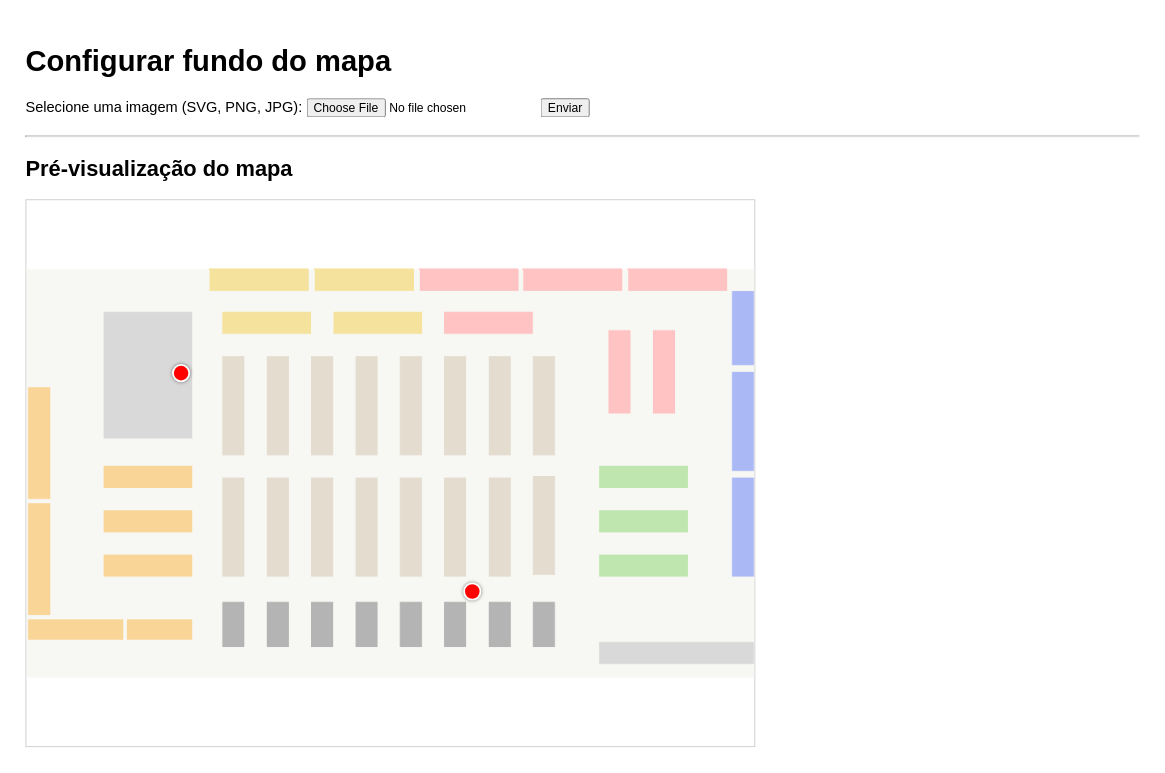
Repository: joaopanceri/mqtt-mapa-flask
Page: http://localhost/
These files come from the project's save history. The page is drawn as it stood at one moment and after the next save; the edit follows.
The browser window is 1280 px wide. The pictures show the whole page, at 91% of full size.
The page is served by the project's application, run on Flask 3 (app.py).

Above is the page before, as saved 2025-11-20 15:08:46.

### templates/index.html
<!doctype html>
<html lang="pt-BR">
<head>
  <meta charset="utf-8">
  <title>Mapa MQTT / Antenas</title>
  <link rel="stylesheet" href="{{ url_for('static', filename='css/style.css') }}">
</head>
<body>
  <h1>Configurar fundo do mapa</h1>

  <form action="{{ url_for('index') }}" method="post" enctype="multipart/form-data">
    <label for="background">Selecione uma imagem (SVG, PNG, JPG):</label>
    <input type="file" id="background" name="background"
           accept=".svg,.png,.jpg,.jpeg" required>
    <button type="submit">Enviar</button>
  </form>

  <hr>

  <h2>Pré-visualização do mapa</h2>

  <div class="map-container">
    {% if background_url %}
      <div class="map-background"
           style="background-image: url('{{ background_url }}');">
      </div>
    {% else %}
      <div class="map-background placeholder">
        Nenhuma imagem enviada ainda
      </div>
    {% endif %}

    <!-- Camada das antenas (ainda estática / exemplo) -->
    <div class="antennas-layer">
      <!-- Exemplo de antena fixa só para mostrar a sobreposição -->
      <div class="antenna" style="left: 20%; top: 30%;"></div>
      <div class="antenna" style="left: 60%; top: 70%;"></div>
    </div>
  </div>

</body>
</html>

### app.py
import os
from flask import Flask, render_template, request, redirect, url_for
from werkzeug.utils import secure_filename

BASE_DIR = os.path.abspath(os.path.dirname(__file__))
UPLOAD_FOLDER = os.path.join(BASE_DIR, "static", "uploads")

ALLOWED_EXTENSIONS = {"png", "jpg", "jpeg", "svg"}

app = Flask(__name__)
app.config["UPLOAD_FOLDER"] = UPLOAD_FOLDER
app.config["MAX_CONTENT_LENGTH"] = 10 * 1024 * 1024  # 10 MB, se quiser limitar

os.makedirs(UPLOAD_FOLDER, exist_ok=True)


def allowed_file(filename: str) -> bool:
    return "." in filename and filename.rsplit(".", 1)[1].lower() in ALLOWED_EXTENSIONS


def get_current_background():
    """
    Procura a última imagem enviada na pasta uploads.
    Para algo mais robusto depois podemos salvar em BD.
    """
    files = [
        f for f in os.listdir(UPLOAD_FOLDER)
        if os.path.isfile(os.path.join(UPLOAD_FOLDER, f))
    ]
    if not files:
        return None

    files = sorted(
        files,
        key=lambda f: os.path.getmtime(os.path.join(UPLOAD_FOLDER, f)),
        reverse=True,
    )
    return files[0]


@app.route("/", methods=["GET", "POST"])
def index():
    if request.method == "POST":
        if "background" not in request.files:
            return redirect(url_for("index"))

        file = request.files["background"]

        if file.filename == "":
            return redirect(url_for("index"))

        if file and allowed_file(file.filename):
            filename = secure_filename(file.filename)
            # Se quiser padronizar o nome:
            # ext = filename.rsplit(".", 1)[1].lower()
            # filename = f"background.{ext}"
            save_path = os.path.join(app.config["UPLOAD_FOLDER"], filename)
            file.save(save_path)
            return redirect(url_for("index"))

    current_bg = get_current_background()
    background_url = None
    if current_bg:
        background_url = url_for("static", filename=f"uploads/{current_bg}")

    # No futuro também vamos mandar para o template a lista de antenas, etc.
    return render_template("index.html", background_url=background_url)


if __name__ == "__main__":
    app.run(debug=True)

### static/css/style.css
body {
  font-family: sans-serif;
  padding: 20px;
}

form {
  margin-bottom: 20px;
}

.map-container {
  position: relative;
  width: 800px;   /* você pode ajustar ou tornar responsivo depois */
  height: 600px;
  border: 1px solid #ccc;
  overflow: hidden;
}

/* Fundo onde o usuário coloca o mapa/planta */
.map-background {
  position: absolute;
  inset: 0; /* top:0; right:0; bottom:0; left:0; */
  background-size: contain;  /* mantém proporção */
  background-position: center;
  background-repeat: no-repeat;
}

.map-background.placeholder {
  display: flex;
  align-items: center;
  justify-content: center;
  color: #666;
  background-color: #f0f0f0;
}

/* Camada das antenas por cima do mapa */
.antennas-layer {
  position: absolute;
  inset: 0;
  pointer-events: none; /* as antenas não bloqueiam o fundo, se quiser */
}

/* “icone” de antena simples, só para ter algo visual */
.antenna {
  position: absolute;
  width: 16px;
  height: 16px;
  border-radius: 50%;
  background: red;
  border: 2px solid white;
  box-shadow: 0 0 4px rgba(0,0,0,0.5);
}

After the next save:
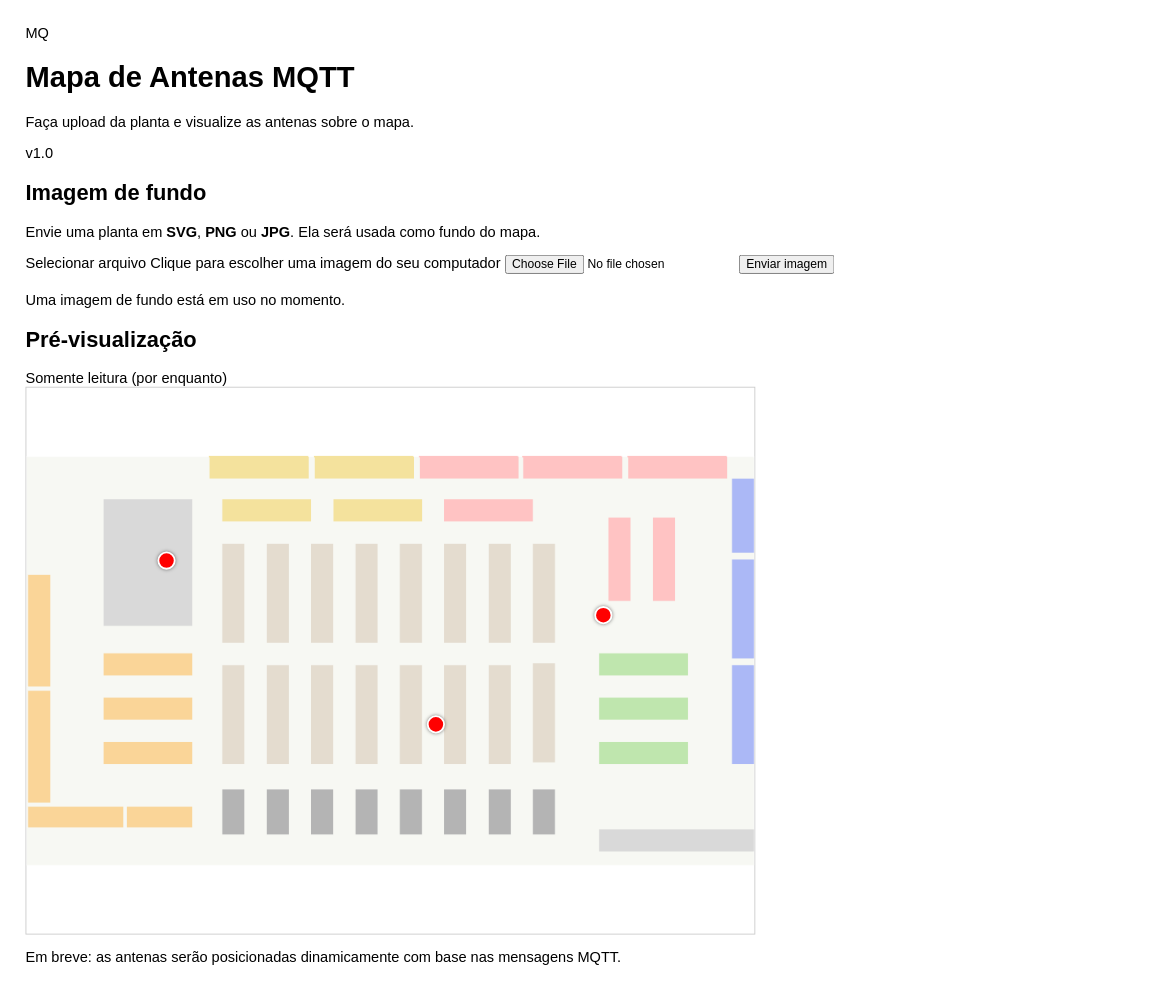
Saved 5 min 5 s later.
--- a/templates/index.html
+++ b/templates/index.html
@@ -2,41 +2,107 @@
 <html lang="pt-BR">
 <head>
   <meta charset="utf-8">
-  <title>Mapa MQTT / Antenas</title>
+  <title>Mapa de Antenas MQTT</title>
+  <meta name="viewport" content="width=device-width, initial-scale=1">
+
+  <!-- Fonte moderna -->
+  <link rel="preconnect" href="https://fonts.googleapis.com">
+  <link rel="preconnect" href="https://fonts.gstatic.com" crossorigin>
+  <link href="https://fonts.googleapis.com/css2?family=Inter:wght@400;500;600&display=swap" rel="stylesheet">
+
   <link rel="stylesheet" href="{{ url_for('static', filename='css/style.css') }}">
 </head>
 <body>
-  <h1>Configurar fundo do mapa</h1>
+  <div class="app-shell">
+    <!-- Barra superior -->
+    <header class="app-header">
+      <div class="app-title-group">
+        <div class="app-logo">MQ</div>
+        <div>
+          <h1 class="app-title">Mapa de Antenas MQTT</h1>
+          <p class="app-subtitle">Faça upload da planta e visualize as antenas sobre o mapa.</p>
+        </div>
+      </div>
+      <div class="app-header-actions">
+        <span class="badge badge-soft">v1.0</span>
+      </div>
+    </header>
 
-  <form action="{{ url_for('index') }}" method="post" enctype="multipart/form-data">
-    <label for="background">Selecione uma imagem (SVG, PNG, JPG):</label>
-    <input type="file" id="background" name="background"
-           accept=".svg,.png,.jpg,.jpeg" required>
-    <button type="submit">Enviar</button>
-  </form>
+    <main class="app-main">
+      <!-- Coluna esquerda: upload/config -->
+      <section class="card card-config">
+        <h2 class="card-title">Imagem de fundo</h2>
+        <p class="card-description">
+          Envie uma planta em <strong>SVG</strong>, <strong>PNG</strong> ou <strong>JPG</strong>. Ela será usada como fundo do mapa.
+        </p>
 
-  <hr>
+        <form action="{{ url_for('index') }}" method="post" enctype="multipart/form-data" class="upload-form">
+          <label for="background" class="upload-label">
+            <span class="upload-label-title">Selecionar arquivo</span>
+            <span class="upload-label-subtitle">Clique para escolher uma imagem do seu computador</span>
+          </label>
+          <input
+            type="file"
+            id="background"
+            name="background"
+            accept=".svg,.png,.jpg,.jpeg"
+            required
+          >
 
-  <h2>Pré-visualização do mapa</h2>
+          <button type="submit" class="btn-primary">
+            Enviar imagem
+          </button>
+        </form>
 
-  <div class="map-container">
-    {% if background_url %}
-      <div class="map-background"
-           style="background-image: url('{{ background_url }}');">
-      </div>
-    {% else %}
-      <div class="map-background placeholder">
-        Nenhuma imagem enviada ainda
-      </div>
-    {% endif %}
+        {% if background_url %}
+          <div class="current-image-info">
+            <span class="dot dot-success"></span>
+            <span>Uma imagem de fundo está em uso no momento.</span>
+          </div>
+        {% else %}
+          <div class="current-image-info">
+            <span class="dot dot-muted"></span>
+            <span>Nenhuma imagem enviada ainda.</span>
+          </div>
+        {% endif %}
+      </section>
 
-    <!-- Camada das antenas (ainda estática / exemplo) -->
-    <div class="antennas-layer">
-      <!-- Exemplo de antena fixa só para mostrar a sobreposição -->
-      <div class="antenna" style="left: 20%; top: 30%;"></div>
-      <div class="antenna" style="left: 60%; top: 70%;"></div>
-    </div>
+      <!-- Coluna direita: preview do mapa -->
+      <section class="card card-map">
+        <div class="card-header-row">
+          <h2 class="card-title">Pré-visualização</h2>
+          <span class="badge badge-soft">Somente leitura (por enquanto)</span>
+        </div>
+
+        <div class="map-wrapper">
+          <div class="map-container">
+            {% if background_url %}
+              <div class="map-background"
+                   style="background-image: url('{{ background_url }}');">
+              </div>
+            {% else %}
+              <div class="map-background placeholder">
+                <div class="placeholder-content">
+                  <div class="placeholder-icon">🗺️</div>
+                  <p>Envie uma planta para visualizar o mapa aqui.</p>
+                </div>
+              </div>
+            {% endif %}
+
+            <!-- Camada das antenas: por enquanto só exemplo visual -->
+            <div class="antennas-layer">
+              <div class="antenna" style="left: 18%; top: 30%;"></div>
+              <div class="antenna" style="left: 55%; top: 60%;"></div>
+              <div class="antenna" style="left: 78%; top: 40%;"></div>
+            </div>
+          </div>
+
+          <p class="map-hint">
+            Em breve: as antenas serão posicionadas dinamicamente com base nas mensagens MQTT.
+          </p>
+        </div>
+      </section>
+    </main>
   </div>
-
 </body>
 </html>
